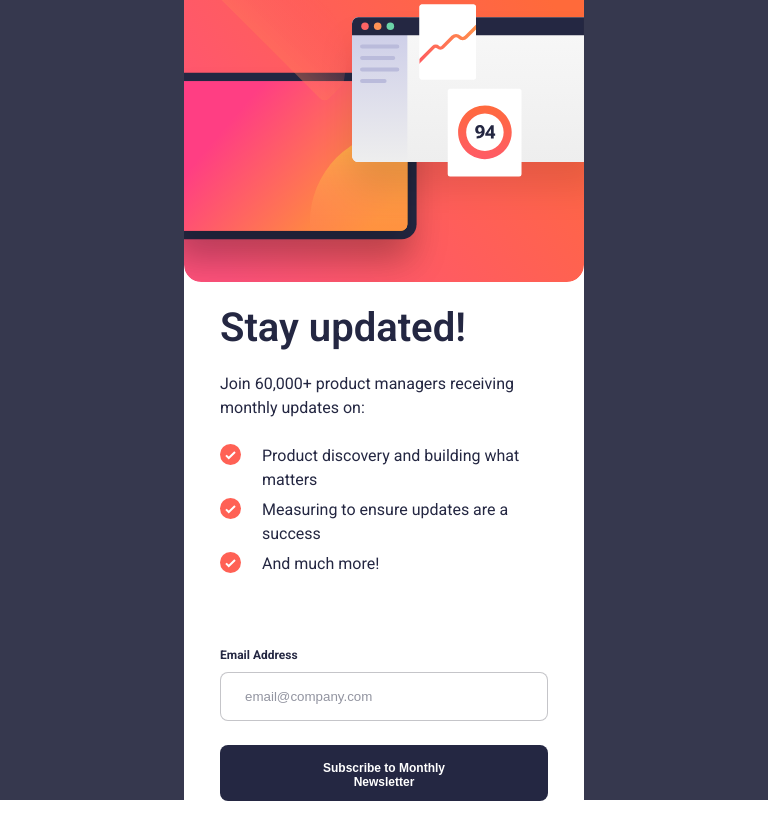
Repository: brandontaylor1/newsletter-signup
Page: index.html
The author's editor kept a copy of each file at every save. The page is drawn from the files as they stood at one save, then again after the next save.
The browser window is 768 px wide. The pictures show the whole page.

Above is the page before, as saved 2025-01-20 09:55:41.

### index.html
<!DOCTYPE html>
<html lang="en">
<head>
    <meta charset="UTF-8">
    <meta name="viewport" content="width=device-width, initial-scale=1.0">
    <link rel="preconnect" href="https://fonts.googleapis.com">
    <link rel="preconnect" href="https://fonts.gstatic.com" crossorigin>
    <link href="https://fonts.googleapis.com/css2?family=Roboto:ital,wght@0,100..900;1,100..900&display=swap" rel="stylesheet">
    <link rel="stylesheet" href="styles.css">
    <title>Newsletter Sign Up</title>
</head>
<body>
    <main class="container">
        <div class="card">
            <div class="card-content">
                <div class="card-content-text">
                    <h1>Stay updated!</h1>
                    <p>Join 60,000+ product managers receiving monthly updates on: </p>
                    <ul class="card-content-list">
                        <div class="list-item">
                            <img src="./assets/images/icon-list.svg" alt="list-image1">
                            <li>Product discovery and building what matters</li>
                        </div>
                        <div class="list-item">
                            <img src="./assets/images/icon-list.svg" alt="list-image2">
                            <li>Measuring to ensure updates are a success</li>
                        </div>
                        <div class="list-item">
                            <img src="./assets/images/icon-list.svg" alt="list-image3">
                            <li>And much more!</li>
                        </div>
                    </ul>
                    <form id="form">
                        <div>
                            <div class="label-content">
                                <label for="email" id="email-label">Email Address</label><br>
                                <span id="email-error" class="error-message"></span>
                            </div>
                            <input type="text" id="email" name="email" placeholder="email@company.com">
                        </div>
                        <button class="submit-btn">Subscribe to Monthly Newsletter</button>
                    </form>
                </div>
            </div>
            <div class="card-image">
                <img src="./assets/images/illustration-sign-up-desktop.svg" class="responsive-image" alt="desktop image">
            </div>
        </div>
    </main>


    <script type="text/javascript" src="https://unpkg.com/validator.tool/dist/validator.min.js"></script>
    <script src="index.js"></script>
</body>
</html>

### styles.css
* {
    margin: 0;
    padding: 0;
    box-sizing: border-box;
}

:root {
    /* COLORS */

    --primary-color-tomato: hsl(4, 100%, 67%);
    --neutral-color-white: hsl(0, 0%, 100%);
    --neutral-color-darkGray: hsl(234, 29%, 20%);
    --neutral-color-charcoalGray: hsl(235, 18%, 26%);
    --neutral-color-gray: hsl(231, 7%, 60%);

    /* FONTS */
    --fontWeight-regular: 400;
    --fontWeight-heavy: 700;
}

body {
    font-family: "Roboto", sans-serif;
    font-size: 16px;
    line-height: 1.5;
}

.container {
    width: 100%;
    height: 100vh;
    background-color: var(--neutral-color-charcoalGray);
    display: flex;
    justify-content: center;
    align-items: center;
}

.card {
    height: 641px;
    width: 928px;
    background-color: var(--neutral-color-white);
    border-radius: 36px;
    display: grid;
    grid-template-columns: 1fr auto;
    grid-template-rows: 1fr;
    padding: 24px;
}

.card-content {
    display: flex;
    flex-direction: column;
    justify-content: center;
    align-items: center;
    padding: 40px;
    order: 1;

}

.card-image {
    order: 2;
}

.card-content-text {
    height: 446px;
    width: 376px;
    display: flex;
    flex-direction: column;
    align-items: left;
}

.card-content h1 {
    color: var(--neutral-color-darkGray);
    font-feature-settings: 'liga' off, 'clig' off;

    /* Heading */
    font-family: Roboto;
    font-size: 56px;
    font-style: normal;
    font-weight: 700;
    line-height: 100%; /* 56px */
}

.card-content p {
    padding: 24px 0;
    color: var(--neutral-color-darkGray);
    font-size: 16px;
    font-weight: 400;
    line-height: 150%; /* 24px */
    font-family: "Roboto", sans-serif;
}

.card-content-list {
    list-style-type: none;
}

.card-content-list li {
    margin-left: 21px;
    padding-bottom: 10px;
    color: var(--neutral-color-darkGray);
    font-family: Roboto;
    font-size: 16px;
    font-style: normal;
    font-weight: 400;
    line-height: 150%; /* 24px */
}

.list-item {
    width: 100%;
    height: 24px;
    display: flex;
    margin-bottom: 10px;
}

.list-item img {
    height: 21px;
    width: 21px;
}

#form {
    margin-top: 40px;
}

label {
    color: var(--Dark-Navy, #242742);
    font-family: Roboto;
    font-size: 12px;
    font-style: normal;
    font-weight: 700;
    line-height: 150%; /* 18px */
    margin-bottom: 8px;
}


.label-content {
    display: flex;
    justify-content: space-between;
    align-items: center;
}

#email-error {
    color: var(--primary-color-tomato);
    font-family: Roboto;
    font-size: 12px;
    font-style: normal;
    font-weight: 700;
    line-height: 150%; /* 18px */
}


#email {
    width: 100%;
    border-radius: 8px;
    border: 1px solid var(--grey-25, rgba(25, 24, 43, 0.25));
    padding: 16px 24px;
}

#email::placeholder {
    color: var(--neutral-color-gray);
}

.submit-btn {
    margin-top: 24px;
    font-size: 14px;
    width: 100%;
    height: 56px;
    padding: 16px 71px;
    border-radius: 8px;
    font-weight: 700;
    border: none;
    background: var(--neutral-color-darkGray);
    color: var(--neutral-color-white);
    cursor: pointer;
}

.submit-btn:hover {
    border-radius: 8px;
    background: var(--Gradient-1, linear-gradient(204deg, #FF6A3A 0%, #FF527B 100%));
    box-shadow: 0px 16px 32px 0px rgba(255, 97, 85, 0.50);
    cursor: pointer;
    transition: all 0.3s ease;
}

.card-image img {
    object-fit: contain;
    width: 400px;
}

.responsive-image {
    content: url("./assets/images/illustration-sign-up-desktop.svg")
}

/* Responsive */

@media screen and (max-width: 800px) {
    .card {
        grid-template-columns: 1fr;
        grid-template-rows: auto 1fr;
    }

    .responsive-image {
        content: url("./assets/images/illustration-sign-up-mobile.svg");
        width: 100%;
    }

    .card {
        padding: 0;
        width: 400px;
        height: 842px;
        border-radius: 0px;
    }

    .card-content {
        order: 2;
        padding: 0px;
    }

    .card-content-text {
        height: 446px;
        width: 376px;
        padding: 40px 24px;
        display: flex;
        flex-direction: column;
        align-items: left;
        justify-content: center;
    }

    .card-content h1 {
        font-size: 40px;
        line-height: 100%;
    }
    .card-content-text h1 {
        color: var(--Dark-Navy, #242742);
        font-feature-settings: 'liga' off, 'clig' off;
        font-family: Roboto;
        font-size: 40px;
        font-style: normal;
        font-weight: 600;
        line-height: 100%;
    }

    .list-item {
        display: flex;
        margin-bottom: 30px;
    }

    .list-item li{
        color: var(--Dark-Navy, #242742);
        font-family: "Roboto", sans-serif;
        font-size: 16px;
        font-style: normal;
        font-weight: 400;
        line-height: 150%;
    }

    .card-image {
        order: 1;
    }

    .card-image img {
        object-fit: cover;
        width: 100%;
    }

    #form {
        margin-top: 40px;
    }

    .submit-btn {
        font-size: 12px;
        width: 100%;
    }



}

### index.js
const form = document.querySelector('form');

const validateEmail = (email) => {
    const re = /^[^\s@]+@[^\s@]+\.[^\s@]+$/;
    return re.test(String(email).toLowerCase());
};

form.onsubmit = (e) => {
    e.preventDefault();
    const email = document.getElementById('email').value;
    const emailErrorElement = document.getElementById('email-error');
    let isValid = true;

    if (!validateEmail(email)) {
        emailErrorElement.textContent = 'Valid Email Required!';
        isValid = false;
    } else {
        emailErrorElement.textContent = '';
    }

    if (isValid) {
        const values = { email };
        console.log(values);
        form.reset();
        window.location.href = 'success.html';
    }
};

form.onreset = (evn) => {
    document.querySelectorAll('.error-message').forEach(el => el.textContent = '');
};

After the next save:
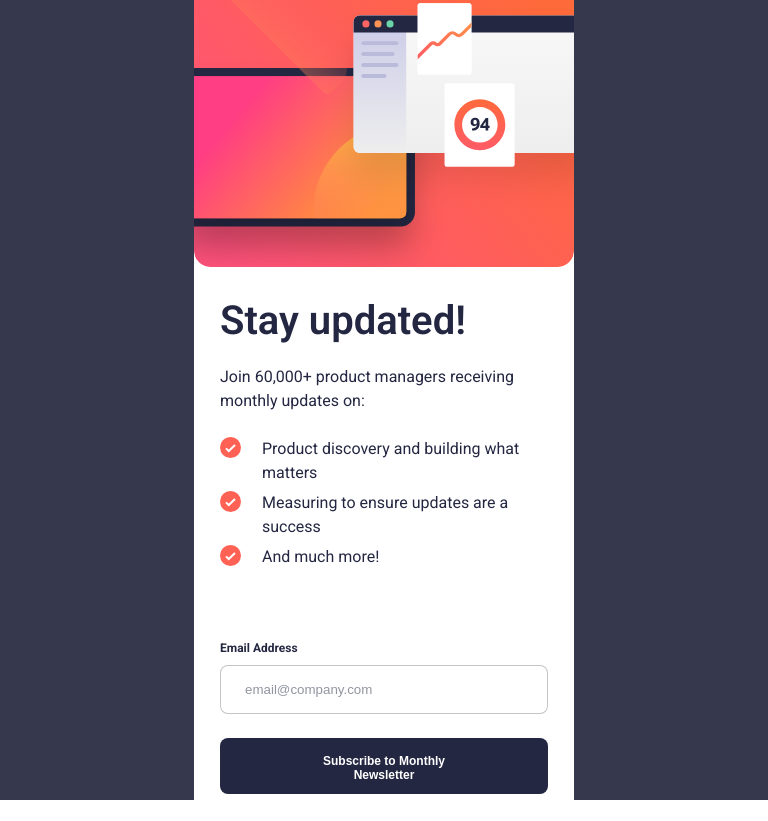
Saved 16 s later.
--- a/styles.css
+++ b/styles.css
@@ -202,7 +202,7 @@ label {
 
     .card {
         padding: 0;
-        width: 400px;
+        width: 380px;
         height: 842px;
         border-radius: 0px;
     }
